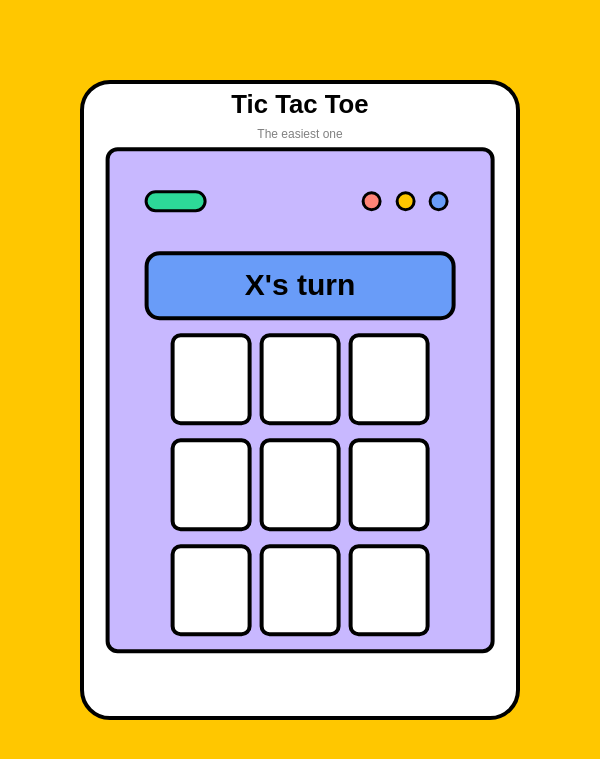
Repository: ThisIsSahaj/Js-Projects
Page: TIcTacToe/index.html
An editor plug-in stored every save of this project. The page is shown before and after the next save, followed by the edit.
The browser window is 600 px wide. The pictures show the whole page.

Above is the page before, as saved 2024-05-04 12:04:20.

After the next save:
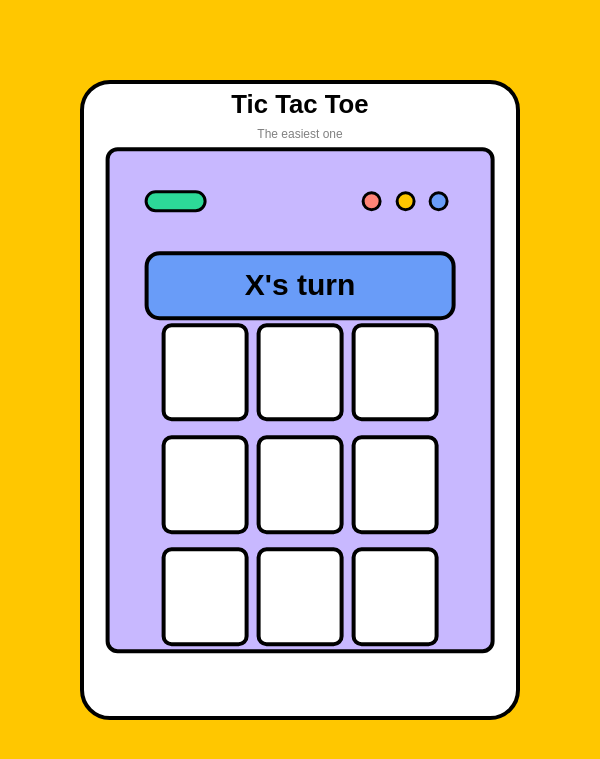
Saved 39 s later.
--- a/TIcTacToe/style.css
+++ b/TIcTacToe/style.css
@@ -267,6 +267,9 @@
         width: 120px;
         height: 120px;
     } */
+    .gameBox{
+        padding: 0px;
+    }
 
 }
 

After the save that followed:
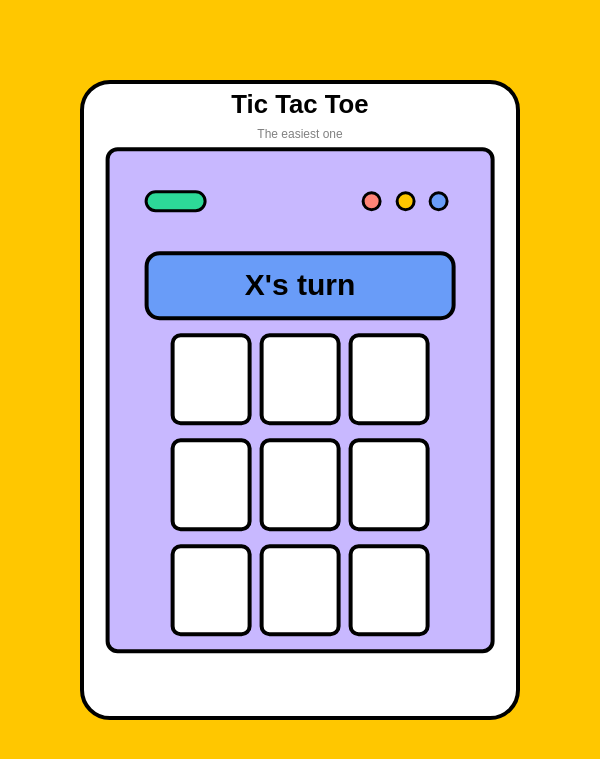
Saved 5 s later.
--- a/TIcTacToe/style.css
+++ b/TIcTacToe/style.css
@@ -268,7 +268,7 @@
         height: 120px;
     } */
     .gameBox{
-        padding: 0px;
+        /* padding: ; */
     }
 
 }
